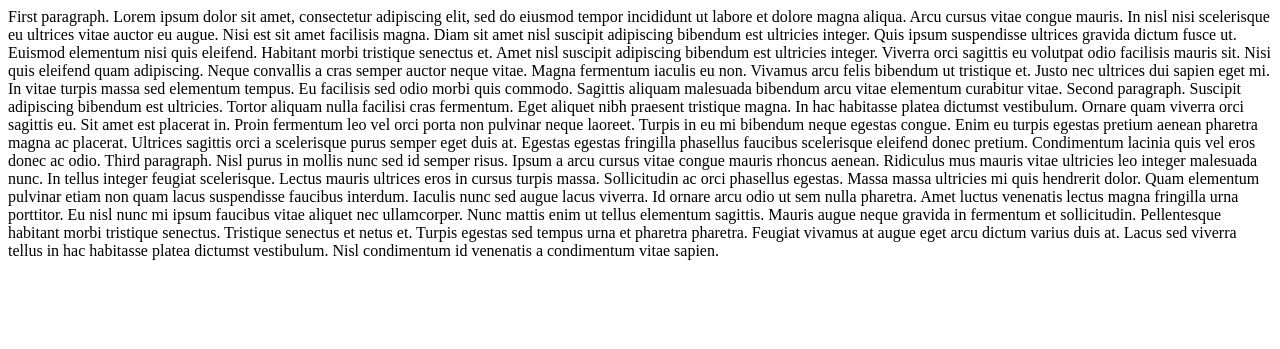
Repository: logan-lampton/python
Page: web-foundation/paragraph.html
The author's editor kept a copy of each file at every save. The page is drawn from the files as they stood at one save, then again after the next save.
The browser window is 1280 px wide. The pictures show the whole page.

Above is the page before, as saved 2023-08-23 15:13:41.

After the next save:
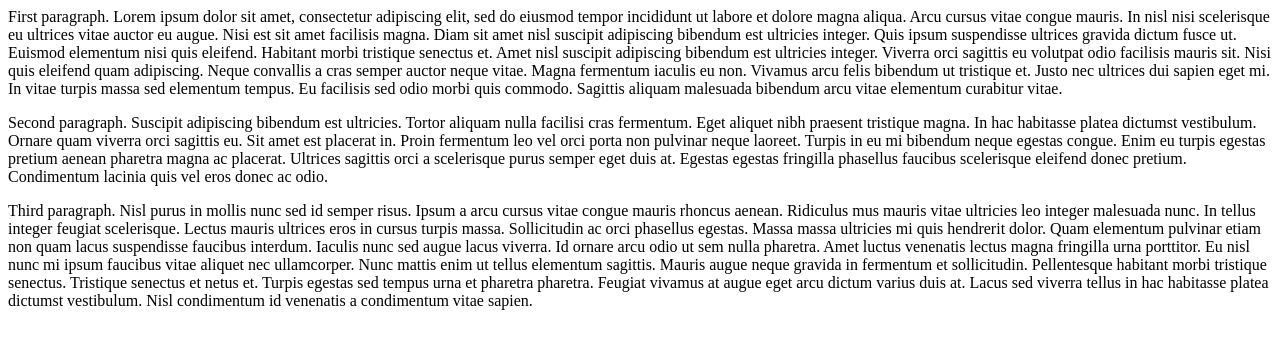
Saved 2 min 0 s later.
--- a/web-foundation/paragraph.html
+++ b/web-foundation/paragraph.html
@@ -1,25 +1,45 @@
-First paragraph. Lorem ipsum dolor sit amet, consectetur adipiscing elit, sed do eiusmod tempor incididunt ut labore et dolore magna
-aliqua. Arcu cursus vitae congue mauris. In nisl nisi scelerisque eu ultrices vitae auctor eu augue. Nisi est sit amet
-facilisis magna. Diam sit amet nisl suscipit adipiscing bibendum est ultricies integer. Quis ipsum suspendisse ultrices
-gravida dictum fusce ut. Euismod elementum nisi quis eleifend. Habitant morbi tristique senectus et. Amet nisl suscipit
-adipiscing bibendum est ultricies integer. Viverra orci sagittis eu volutpat odio facilisis mauris sit. Nisi quis
-eleifend quam adipiscing. Neque convallis a cras semper auctor neque vitae. Magna fermentum iaculis eu non. Vivamus arcu
-felis bibendum ut tristique et. Justo nec ultrices dui sapien eget mi. In vitae turpis massa sed elementum tempus. Eu
-facilisis sed odio morbi quis commodo. Sagittis aliquam malesuada bibendum arcu vitae elementum curabitur vitae.
+<p>
+  First paragraph. Lorem ipsum dolor sit amet, consectetur adipiscing elit, sed
+  do eiusmod tempor incididunt ut labore et dolore magna aliqua. Arcu cursus
+  vitae congue mauris. In nisl nisi scelerisque eu ultrices vitae auctor eu
+  augue. Nisi est sit amet facilisis magna. Diam sit amet nisl suscipit
+  adipiscing bibendum est ultricies integer. Quis ipsum suspendisse ultrices
+  gravida dictum fusce ut. Euismod elementum nisi quis eleifend. Habitant morbi
+  tristique senectus et. Amet nisl suscipit adipiscing bibendum est ultricies
+  integer. Viverra orci sagittis eu volutpat odio facilisis mauris sit. Nisi
+  quis eleifend quam adipiscing. Neque convallis a cras semper auctor neque
+  vitae. Magna fermentum iaculis eu non. Vivamus arcu felis bibendum ut
+  tristique et. Justo nec ultrices dui sapien eget mi. In vitae turpis massa sed
+  elementum tempus. Eu facilisis sed odio morbi quis commodo. Sagittis aliquam
+  malesuada bibendum arcu vitae elementum curabitur vitae.
+</p>
 
-Second paragraph. Suscipit adipiscing bibendum est ultricies. Tortor aliquam nulla facilisi cras fermentum. Eget aliquet nibh praesent
-tristique magna. In hac habitasse platea dictumst vestibulum. Ornare quam viverra orci sagittis eu. Sit amet est
-placerat in. Proin fermentum leo vel orci porta non pulvinar neque laoreet. Turpis in eu mi bibendum neque egestas
-congue. Enim eu turpis egestas pretium aenean pharetra magna ac placerat. Ultrices sagittis orci a scelerisque purus
-semper eget duis at. Egestas egestas fringilla phasellus faucibus scelerisque eleifend donec pretium. Condimentum
-lacinia quis vel eros donec ac odio.
+<p>
+  Second paragraph. Suscipit adipiscing bibendum est ultricies. Tortor aliquam
+  nulla facilisi cras fermentum. Eget aliquet nibh praesent tristique magna. In
+  hac habitasse platea dictumst vestibulum. Ornare quam viverra orci sagittis
+  eu. Sit amet est placerat in. Proin fermentum leo vel orci porta non pulvinar
+  neque laoreet. Turpis in eu mi bibendum neque egestas congue. Enim eu turpis
+  egestas pretium aenean pharetra magna ac placerat. Ultrices sagittis orci a
+  scelerisque purus semper eget duis at. Egestas egestas fringilla phasellus
+  faucibus scelerisque eleifend donec pretium. Condimentum lacinia quis vel eros
+  donec ac odio.
+</p>
 
-Third paragraph. Nisl purus in mollis nunc sed id semper risus. Ipsum a arcu cursus vitae congue mauris rhoncus aenean. Ridiculus mus
-mauris vitae ultricies leo integer malesuada nunc. In tellus integer feugiat scelerisque. Lectus mauris ultrices eros in
-cursus turpis massa. Sollicitudin ac orci phasellus egestas. Massa massa ultricies mi quis hendrerit dolor. Quam
-elementum pulvinar etiam non quam lacus suspendisse faucibus interdum. Iaculis nunc sed augue lacus viverra. Id ornare
-arcu odio ut sem nulla pharetra. Amet luctus venenatis lectus magna fringilla urna porttitor. Eu nisl nunc mi ipsum
-faucibus vitae aliquet nec ullamcorper. Nunc mattis enim ut tellus elementum sagittis. Mauris augue neque gravida in
-fermentum et sollicitudin. Pellentesque habitant morbi tristique senectus. Tristique senectus et netus et. Turpis
-egestas sed tempus urna et pharetra pharetra. Feugiat vivamus at augue eget arcu dictum varius duis at. Lacus sed
-viverra tellus in hac habitasse platea dictumst vestibulum. Nisl condimentum id venenatis a condimentum vitae sapien.
+<p>
+  Third paragraph. Nisl purus in mollis nunc sed id semper risus. Ipsum a arcu
+  cursus vitae congue mauris rhoncus aenean. Ridiculus mus mauris vitae
+  ultricies leo integer malesuada nunc. In tellus integer feugiat scelerisque.
+  Lectus mauris ultrices eros in cursus turpis massa. Sollicitudin ac orci
+  phasellus egestas. Massa massa ultricies mi quis hendrerit dolor. Quam
+  elementum pulvinar etiam non quam lacus suspendisse faucibus interdum. Iaculis
+  nunc sed augue lacus viverra. Id ornare arcu odio ut sem nulla pharetra. Amet
+  luctus venenatis lectus magna fringilla urna porttitor. Eu nisl nunc mi ipsum
+  faucibus vitae aliquet nec ullamcorper. Nunc mattis enim ut tellus elementum
+  sagittis. Mauris augue neque gravida in fermentum et sollicitudin.
+  Pellentesque habitant morbi tristique senectus. Tristique senectus et netus
+  et. Turpis egestas sed tempus urna et pharetra pharetra. Feugiat vivamus at
+  augue eget arcu dictum varius duis at. Lacus sed viverra tellus in hac
+  habitasse platea dictumst vestibulum. Nisl condimentum id venenatis a
+  condimentum vitae sapien.
+</p>
